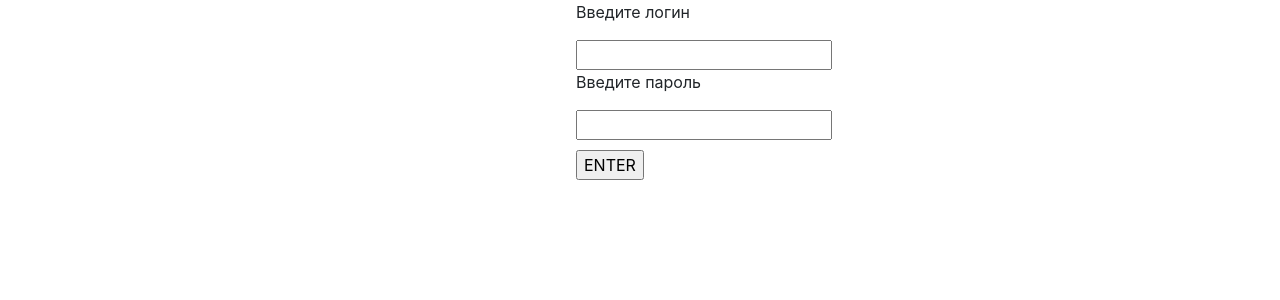
Repository: sMoonBeam/Labs
Page: MyList/WebContent/index.html
An editor plug-in stored every save of this project. The page is shown before and after the next save, followed by the edit.
The browser window is 1280 px wide. The pictures show the whole page.

Above is the page before, as saved 2019-10-16 20:42:40.

### MyList/WebContent/index.html
<!DOCTYPE html>
<html>

<head>
<meta charset="UTF-8">
<title>LOGIN</title>
<link href="https://stackpath.bootstrapcdn.com/bootstrap/4.3.1/css/bootstrap.min.css" rel="stylesheet">
</head>
<body>
	<form  action="mylist" method="POST" style="margin-left: 45%;">
		<p>Введите логин</p>
		<input type="text" name="login" required/>
		<p>Введите пароль</p>
		<input type="text" name="password"/>
		<br>
		<input style="margin-top: 10px;" type="submit" value="ENTER"/>
	</form>
</body>
</html>

After the next save:
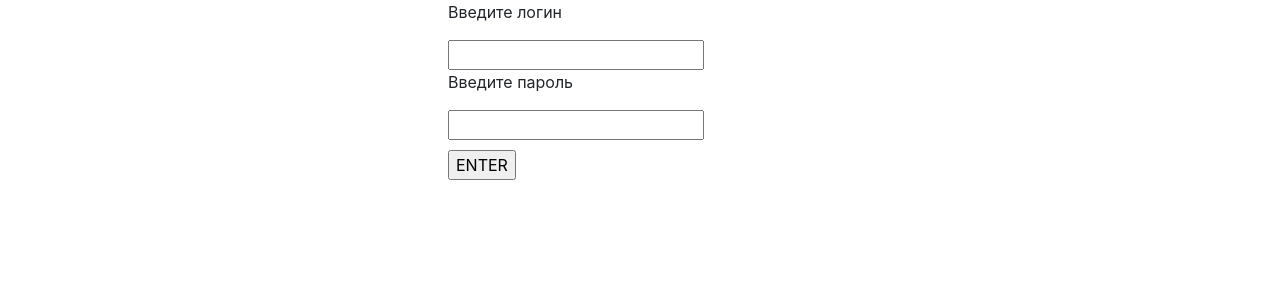
Saved 5 s later.
--- a/MyList/WebContent/index.html
+++ b/MyList/WebContent/index.html
@@ -7,7 +7,7 @@
 <link href="https://stackpath.bootstrapcdn.com/bootstrap/4.3.1/css/bootstrap.min.css" rel="stylesheet">
 </head>
 <body>
-	<form  action="mylist" method="POST" style="margin-left: 45%;">
+	<form  action="mylist" method="POST" style="margin-left: 35%;">
 		<p>Введите логин</p>
 		<input type="text" name="login" required/>
 		<p>Введите пароль</p>
